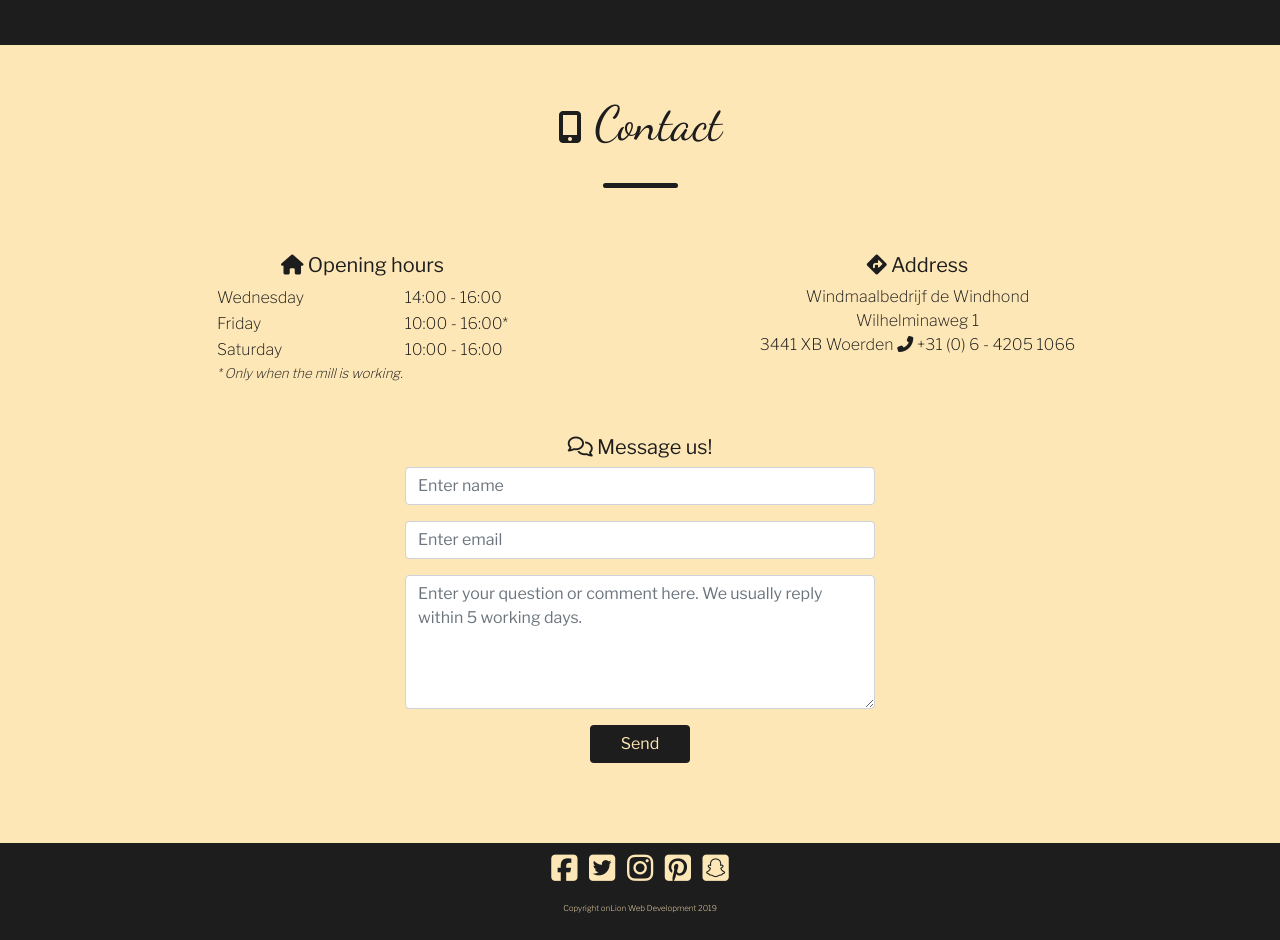
Repository: jdl208/DeWindhond
Page: index.html
The author's editor kept a record of every edit. The page is drawn from the files as they stood at one moment, then again after the next edit.
The browser window is 1280 px wide. The pictures show the part of the page from y = 2035 to 2987 px (the page is 2975 px tall before and 2987 px after).
Some web libraries are served in a nearby version.

Above is the page before.

### index.html
<!DOCTYPE html>
<html lang="en">

<head>
    <meta charset="UTF-8">
    <meta name="viewport" content="width=device-width, initial-scale=1.0">
    <meta http-equiv="X-UA-Compatible" content="ie=edge">
    <title>Windmill "De Windhond"</title>
    <link rel="stylesheet" href="https://stackpath.bootstrapcdn.com/bootstrap/4.3.1/css/bootstrap.min.css" integrity="sha384-ggOyR0iXCbMQv3Xipma34MD+dH/1fQ784/j6cY/iJTQUOhcWr7x9JvoRxT2MZw1T" crossorigin="anonymous">
    <link href="https://fonts.googleapis.com/css?family=Dancing+Script:400,700&display=swap" rel="stylesheet">
    <link rel="stylesheet" href="assets/css/style.css" type="text/css" />

</head>

<body>

    <!-- Navigation-->
    <a href="" class="anchor" id="home"></a>
    <nav class="navbar fixed-top navbar-expand-md navbar-dark dark-bg">
        <a class="navbar-brand" href="#home">De Windhond</a>
        <button id="navbar-toggle-icon" class="navbar-toggler" type="button" data-toggle="collapse" data-target="#navbarTogglerDemo02" aria-controls="navbarTogglerDemo02" aria-expanded="false" aria-label="Toggle navigation">
                <i class="fas fa-bars"></i>
            </button>

        <div class="collapse navbar-collapse" id="navbarTogglerDemo02">
            <ul class="navbar-nav ml-auto mt-2 mt-lg-0">
                <li class="nav-item ml-auto nav--link" data-toggle="collapse" data-target="#navbarTogglerDemo02">
                    <a class="nav-link" href="#home"><strong>Home</strong><span class="sr-only">(current)</span></a>
                </li>
                <li class="nav-item ml-auto nav--link" data-toggle="collapse" data-target="#navbarTogglerDemo02">
                    <a class="nav-link" href="#about"><strong>About</strong></a>
                </li>
                <li class="nav-item ml-auto nav--link" data-toggle="collapse" data-target="#navbarTogglerDemo02">
                    <a class="nav-link" href="#media"><strong>Media</strong></a>
                </li>
                <li class="nav-item ml-auto nav--link" data-toggle="collapse" data-target="#navbarTogglerDemo02">
                    <a class="nav-link" href="#contact"><strong>Contact</strong></a>
                </li>
            </ul>
        </div>
    </nav>

    <!--Header image slider-->

    <header class="top-section">
        <div class="jumbotron sectioncontainer carousel-wrapper">


            <!--Preload images so you you wont see a hickup in the slider -->

            <img class="d-none" src="assets/images/img1.jpg" alt="image mill 1" />
            <img class="d-none" src="assets/images/img2.jpg" alt="image mill 2" />
            <img class="d-none" src="assets/images/img3.jpg" alt="image mill 3" />
            <img class="d-none" src="assets/images/img4.jpg" alt="image mill 4" />
            <img class="d-none" src="assets/images/img5.jpg" alt="image mill 5" />
            <img class="d-none" src="assets/images/img6.jpg" alt="image mill 6" />
            <img class="d-none" src="assets/images/img7.jpg" alt="image mill 7" />

            <div class="bg-image-slider">

            </div>
        </div>
    </header>

    <!-- About -->
    <a href="" class="anchor" id="about"></a>
    <section class="light-bg sectioncontainer">
        <div class="container about">
            <h2><i class="far fa-list-alt media-icon"></i> About</h2>
            <hr class="block-divider dark-divider">

            <div class="row">
                <div class="col-md-6">
                    <h4>Timeline</h4>
                    <div class="history-items">
                        <div class="timeline-item" data-dates="1498">
                            <p>The first mill was build on top of the city wall.</p>
                        </div>
                        <div class="timeline-item" data-dates="1755">
                            <p>De Windhond was build on the spot of the original mill.</p>
                        </div>
                        <div class="timeline-item" data-dates="1977">
                            <p>The mill was sold to the city of Woerden. Whom restored the mill to it's original state.</p>
                        </div>
                        <div class="timeline-item" data-dates="2011">
                            <p>The new miller Karel Dolman is going to work in De Windhond and is going to make the mill functioning again untill this day.</p>
                        </div>
                    </div>
                </div>
                <div class="col-md-6">
                    <hr class="block-divider dark-divider d-md-none">
                    <h4>History</h4>
                    <p>Windmill "De Windhond" is a round stone mill and is an historical and valuable feature for the city of Woerden.</P>
                    <p>The mill stands on one of the last pieces of city wall, originally part of a bastion belonging to the city walls of old Woerden. De Windhond has a flight of 25.2 meters. The interior of the mill is largely in authentic condition.</p>
                    <p>The mill doesn't work on full production. The flour made at the mill is used at various points of sale. In addition, a number of bakers in Woerden sell bread with flour from the mill.</p>
                    <p>The miller Karel Dolman lives in the house at the bottom of the mill. He divides his time between his job as a mill repairman and working at De Windhond.</p>
                </div>
            </div>
        </div>

    </section>

    <!-- Media section-->

    <a href="" class="anchor" id="media"></a>
    <section class="dark-bg mediabox sectioncontainer">
        <H2><i class="fas fa-photo-video media-icon"></i> Media</H2>
        <hr class="block-divider yellow-divider">
        <div class="row mediarow">
            <div class="col-xl-6 ytclip">
                <h4>Impression of the mill</h4>

                <iframe width="560" height="315" src="https://www.youtube.com/embed/qNwYElhLL6A" frameborder="0" allow="accelerometer; autoplay; encrypted-media; gyroscope; picture-in-picture" allowfullscreen></iframe>
            </div>
            <!--</div>-->

            <hr class="block-divider dark-divider d-xl-none">

            <!--<div class="row mediarow">-->
            <div class="col-xl-6 ytclip">
                <h4>Interview with Karel Dolman the miller</h4>

                <iframe width="560" height="315" src="https://www.youtube.com/embed/lAjF5r5rAqM" frameborder="0" allow="accelerometer; autoplay; encrypted-media; gyroscope; picture-in-picture" allowfullscreen></iframe>
            </div>
        </div>
    </section>

    <!-- Contact-->

    <a href="" class="anchor" id="contact"></a>
    <section class="sectioncontainer light-bg">
        <div class="container">
            <h2><i class="fas fa-mobile-alt media-icon"></i> Contact</h2>
            <hr class="block-divider dark-divider">
            <div class="row">
                <div class="col-md-6 contact_visiting">
                    <h5><i class="fas fa-home"></i> Opening hours</h5>
                    <table>
                        <tr>
                            <td>Wednesday</td>
                            <td>14:00 - 16:00</td>
                        </tr>
                        <tr>
                            <td>Friday</td>
                            <td>10:00 - 16:00*</td>
                        </tr>
                        <tr>
                            <td>Saturday</td>
                            <td>10:00 - 16:00</td>
                        </tr>
                        <tr class="footnote_opening">
                            <td>* Only when the mill is working.</td>
                        </tr>

                    </table>
                </div>
                <div class="col-md-6 contact_visiting">

                    <h5><i class="fas fa-directions"></i> Address</h5>
                    <p>Windmaalbedrijf de Windhond<br> Wilhelminaweg 1<br> 3441 XB Woerden

                    <i class="fas fa-phone-alt"></i> +31 (0) 6 - 4205 1066
                    </p>

                </div>

            </div>

            <div class="row">
                <div class="col-12 contact-form">
                    <form>
                        <h5><i class="far fa-comments"></i> Message us!</h5>
                        <div class="form-group">
                            <input type="text" class="form-control" placeholder="Enter name" required>
                        </div>
                        <div class="form-group">
                            <input type="email" class="form-control" placeholder="Enter email" required>
                        </div>
                        <div class="form-group">
                            <textarea class="form-control" rows="5" Placeholder="Enter your question or comment here. We usually reply within 5 working days." required></textarea>
                        </div>
                        <button type="submit" class="btn btn--dark">Send</button>
                    </form>
                </div>
            </div>
        </div>
    </section>

    <footer class="dark-bg footer">
        <div class="row">
            <div class="col-12">
                <ul class="list-inline">
                    <li class="list-inline-item"><a class="light-link" href="https://www.facebook.com/windmaalbedrijfdewindhond?pnref=story" target="_blank"><i class="fab fa-facebook-square socialicon"></i></a></li>
                    <li class="list-inline-item"><a class="light-link" href="https://twitter.com" target="_blank"><i class="fab fa-twitter-square socialicon"></i></a></li>
                    <li class="list-inline-item"><a class="light-link" href="https://www.instagram.com" target="_blank"><i class="fab fa-instagram socialicon"></i></a></li>
                    <li class="list-inline-item"><a class="light-link" href="https://www.pinterest.com" target="_blank"><i class="fab fa-pinterest-square socialicon"></i></a></li>
                    <li class="list-inline-item"><a class="light-link" href="https://www.snapchat.com" target="_blank"><i class="fab fa-snapchat-square socialicon"></i></a></li>
                </ul>
            </div>
        </div>
        <p class="copyright">Copyright onLion Web Development 2019</p>

    </footer>

    <script src="https://code.jquery.com/jquery-3.3.1.slim.min.js" integrity="sha384-q8i/X+965DzO0rT7abK41JStQIAqVgRVzpbzo5smXKp4YfRvH+8abtTE1Pi6jizo" crossorigin="anonymous"></script>
    <script src="https://cdnjs.cloudflare.com/ajax/libs/popper.js/1.14.7/umd/popper.min.js" integrity="sha384-UO2eT0CpHqdSJQ6hJty5KVphtPhzWj9WO1clHTMGa3JDZwrnQq4sF86dIHNDz0W1" crossorigin="anonymous"></script>
    <script src="https://stackpath.bootstrapcdn.com/bootstrap/4.3.1/js/bootstrap.min.js" integrity="sha384-JjSmVgyd0p3pXB1rRibZUAYoIIy6OrQ6VrjIEaFf/nJGzIxFDsf4x0xIM+B07jRM" crossorigin="anonymous"></script>
    <script src="https://kit.fontawesome.com/70761e8d6e.js"></script>

</body>

</html>

### assets/css/style.css
@import url('https://fonts.googleapis.com/css?family=Dancing+Script:400,700|Libre+Franklin:200,300,400,700&display=swap');

html {
    scroll-behavior: smooth;
}

body {
    font-family: "Libre Franklin";
    font-weight: 200;
}

.sectioncontainer {
    padding-top: 50px;
    padding-bottom: 80px;
}

.anchor {
    display: block;
    position: relative;
    top: -56px;
    visibility: hidden;
}

.block-divider {
    width: 75px;
    height: 5px;
    border: 0;
    border-radius: 15px;
    margin-top: 30px;
    margin-bottom: 40px;
}

/* ---------------------------------------------- Colors */

.dark-bg {
    color: #fee7b6;
    background-color: #1d1d1d;
}

.light-bg {
    background-color: #fee7b6;
    color: rgb(29, 29, 29);
}

.yellow-divider {
    background-color: #fee7b6;
}

.dark-divider {
    background-color: rgb(29, 29, 29);
}

.light-link {
    color: #fee7b6;
}

.btn--dark {
    color: #fee7b6;
    background-color: rgba(29, 29, 29, 1);
    text-align: center;
}

.btn--dark:hover {
    color: #dec080;
    background-color: #000;
}


/* ---------------------------------------------- Headings */

h2,
h3,
h4 {
    font-family: "dancing script";
    text-align: center;
    font-size: 3rem;
}

h4 {
    font-size: 2rem;
}

.media-icon {
    font-size: 32px;
}

/* ---------------------------------------------- Navbar */

.navbar {
    font-family: "dancing script";
    font-size: 1.2rem;
}

.navbar-brand {
    font-size: 1.5rem;
}

.navbar-brand:hover {
    color: #dec080;
}

.navbar-dark .navbar-brand {
    color: #fee7b6;
}

.navbar-dark .navbar-brand:hover {
    color: #dec080;
}


#navbar-toggle-icon {
    border: 0;
    color: #fee7b6;
}

.navbar-dark .navbar-nav .nav-link {
    color: #fee7b6;
}

.navbar-dark .navbar-nav .nav-link:hover {
    color: #dec080;
}


/* ---------------------------------------------- Header */

.top-section {
    padding: 0;
}

.carousel-wrapper {
    position: relative;
    top: 56px;
    margin: 0 0 56px 0;
    padding: 0;
}

.bg-image-slider {
    height: 95vh;
    width: 100%;
    animation-name: bgslider;
    animation-duration: 42s;
    animation-timing-function: ease-in;
    animation-iteration-count: infinite;
    background-image: url("../images/img1.jpg");
    background-size: cover;
    background-repeat: no-repeat;
    background-position: center;
}

@keyframes bgslider {
    0% {
        background-image: url("../images/img1.jpg");
    }
    10% {
        background-image: url("../images/img1.jpg");
    }
    14% {
        background-image: url("../images/img2.jpg");
    }
    24% {
        background-image: url("../images/img2.jpg");
    }
    28% {
        background-image: url("../images/img3.jpg");
    }
    38% {
        background-image: url("../images/img3.jpg");
    }
    42% {
        background-image: url("../images/img4.jpg");
    }
    52% {
        background-image: url("../images/img4.jpg");
    }
    56% {
        background-image: url("../images/img5.jpg");
    }
    66% {
        background-image: url("../images/img5.jpg");
    }
    70% {
        background-image: url("../images/img6.jpg");
    }
    80% {
        background-image: url("../images/img6.jpg");
    }
    84% {
        background-image: url("../images/img7.jpg");
    }
    95% {
        background-image: url("../images/img7.jpg");
    }
    100% {
        background-image: url("../images/img1.jpg");
    }
}

/* ---------------------------------------------- About */

.history-heading {
    margin-bottom: 50px;
}

.timeline-item {
    padding: 4em 2em 0em 2em;
    position: relative;
    border-left: 1px solid;
}

.timeline-item p {
    padding: 0;
    margin: 0;
}

.timeline-item:before {
    content: attr(data-dates);
    position: absolute;
    left: 2.5em;
    top: 3em;
    display: block;
    font-weight: 500;
    font-size: 0.8em;
    padding: 0;
    margin: 0;
}

.timeline-item:after {
    width: 12px;
    height: 12px;
    display: block;
    top: 2.5em;
    position: absolute;
    left: -6px;
    border-radius: 12px;
    content: '';
    background: rgb(29, 29, 29);

}

/* ---------------------------------------------- Media */

.row {
    margin: 0;
}

.ytclip {
    text-align: center;
    padding: 0 20px;
}

iframe {
    max-width: 80vw;
}

/* ---------------------------------------------- Contact */

.contact_visiting {
    text-align: center;
}

.contact_visiting table {
    text-align: left;
    margin: auto;
}

.contact_visiting h5 {
    margin-top: 25px;
}

.footnote_opening {
    font-size: smaller;
    font-style: italic;
}


.contact-form {
    margin: auto;
    text-align: center;
    margin-top: 50px;
    max-width: 500px;
}

.contact-form .btn--dark {
    width: 100px;
}


/* ---------------------------------------------- Footer */

.footer {
    text-align: center;
    padding: 10px;
    margin-bottom: 0;
}

.footerlist {
    list-style-type: none;
}

.list-item-footer {
    display: inline-block;
    color: #fee7b6;
}

.socialicon {
    font-size: 30px;
}

.socialicon:hover {
    color: #dec080
}

.copyright {
    font-weight: 200;
    font-size: 0.5rem;
    text-align: center;
}

After the next edit:
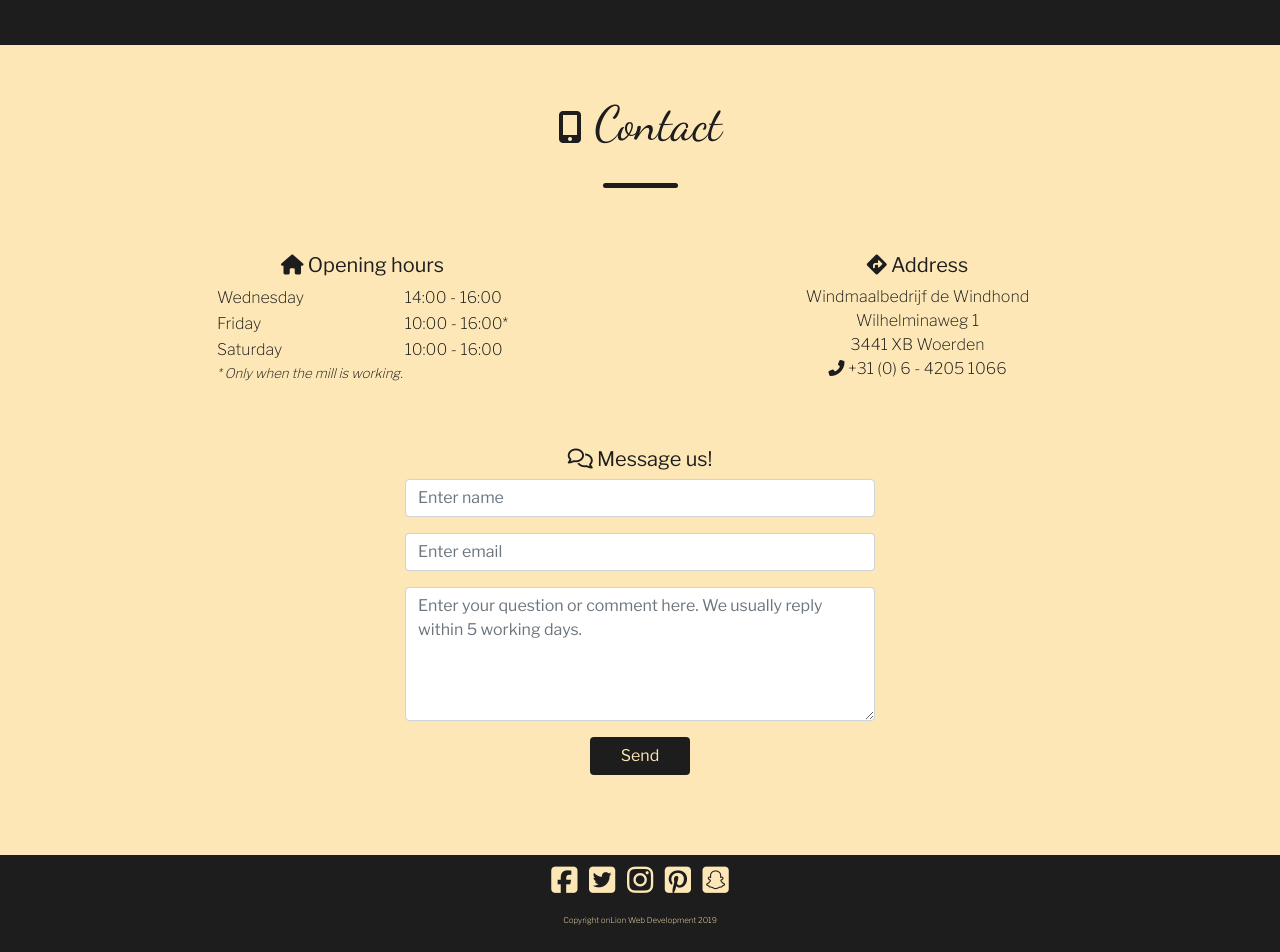
The edit:
--- a/index.html
+++ b/index.html
@@ -157,11 +157,9 @@
                 <div class="col-md-6 contact_visiting">
 
                     <h5><i class="fas fa-directions"></i> Address</h5>
-                    <p>Windmaalbedrijf de Windhond<br> Wilhelminaweg 1<br> 3441 XB Woerden
-
+                    <p>Windmaalbedrijf de Windhond<br> Wilhelminaweg 1<br> 3441 XB Woerden <br>
                     <i class="fas fa-phone-alt"></i> +31 (0) 6 - 4205 1066
                     </p>
-
                 </div>
 
             </div>
